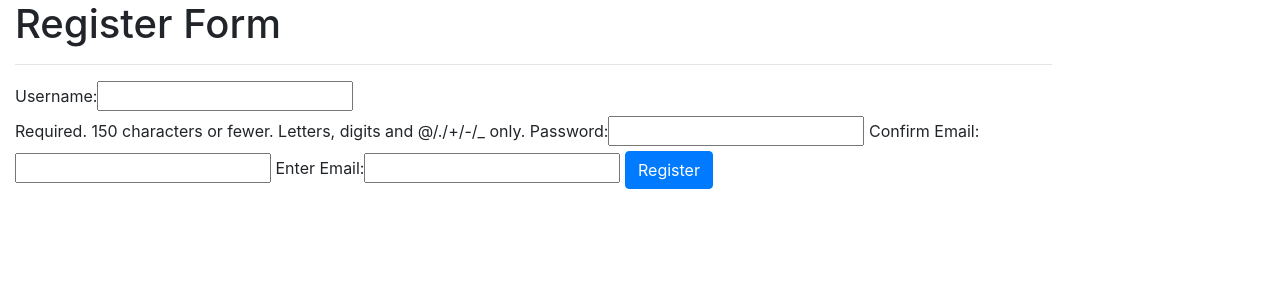
Repository: Sarthak123456/Django-Login
Page: http://localhost/register/
The author's editor kept a record of every edit. The page is drawn from the files as they stood at one moment, then again after the next edit.
The browser window is 1280 px wide. The pictures show the whole page.
Some web libraries are served in a nearby version. The page is served by the project's application, run on Django 2.2 (mysite/manage.py).

Above is the page before.

After the next edit:
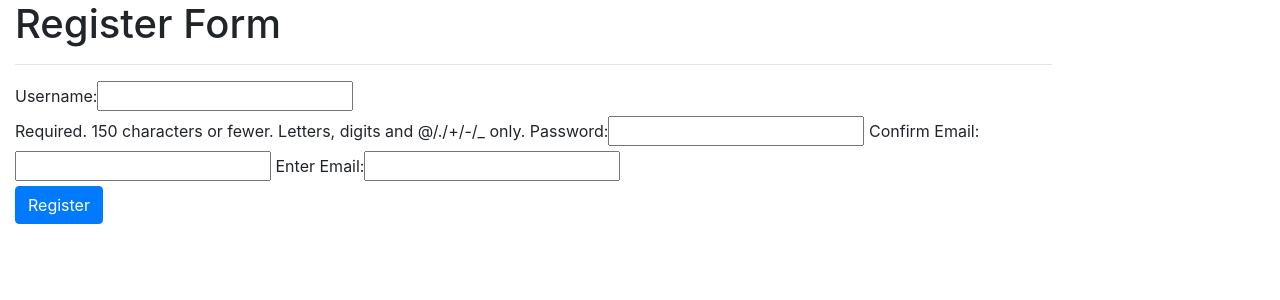
The edit:
--- a/mysite/accounts/templates/form.html
+++ b/mysite/accounts/templates/form.html
@@ -12,6 +12,7 @@
 <form method="POST" action="">
     {% csrf_token %}
     {{ form }}
+    <br/>
     <input type="submit" value="{{ title }}" class="btn  btn-primary"/>
 </form>
  </div>
